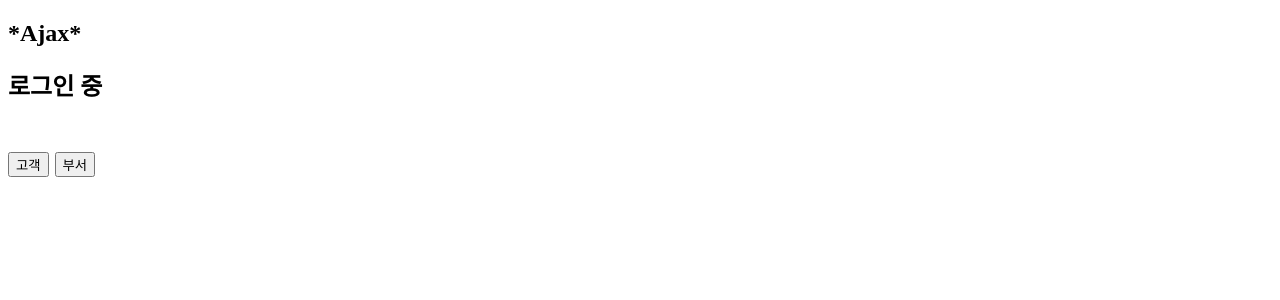
Repository: offbr/Spring
Page: http://localhost/spring_mvc19_json_ex/
The author's editor kept a copy of each file at every save. The page is drawn from the files as they stood at one save, then again after the next save.
The browser window is 1280 px wide. The pictures show the whole page.
The page is served by Tomcat 9. Nobody is signed in. The application's start-up code is not run. Other server files are loaded and not shown.

Above is the page before, as saved 2016-10-16 02:44:48.

### spring_mvc19_json_ex/src/main/webapp/index.jsp
<%@ page language="java" contentType="text/html; charset=UTF-8"
    pageEncoding="UTF-8"%>
<!DOCTYPE html>
<html>
<head>
<meta http-equiv="Content-Type" content="text/html; charset=UTF-8">
<title>Insert title here</title>
</head>
<body>
	<h2>*Ajax*</h2>
<%String sawon_name = (String)session.getAttribute("sawon_name");
if(sawon_name != null && !sawon_name.equals("")){
	out.print("<a href='logout'><button>로그아웃</button></a>");
}else{
	out.print("<h2>로그인 중<h2>");
}
 %>
<span style="color: blue;">${param.log}</span><br>
<a href="gogeklist"><button>고객</button></a>
<a href="buserSearch"><button>부서</button></a>
</body>
</html>

After the next save:
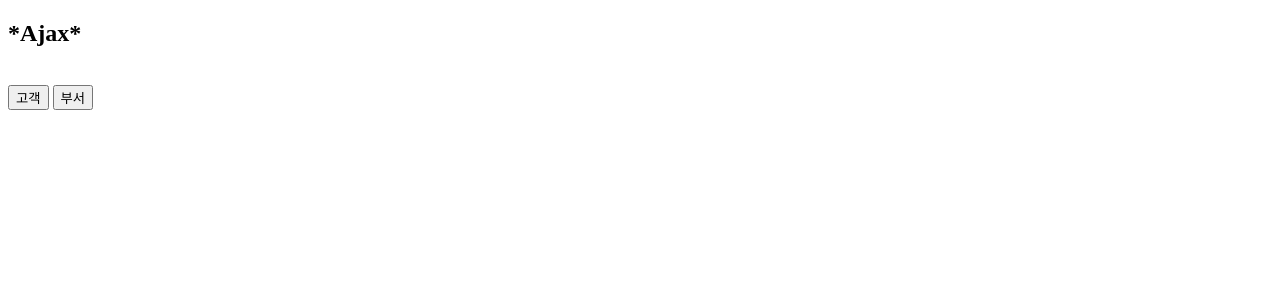
Saved 27 s later.
--- a/spring_mvc19_json_ex/src/main/webapp/index.jsp
+++ b/spring_mvc19_json_ex/src/main/webapp/index.jsp
@@ -11,8 +11,6 @@
 <%String sawon_name = (String)session.getAttribute("sawon_name");
 if(sawon_name != null && !sawon_name.equals("")){
 	out.print("<a href='logout'><button>로그아웃</button></a>");
-}else{
-	out.print("<h2>로그인 중<h2>");
 }
  %>
 <span style="color: blue;">${param.log}</span><br>
